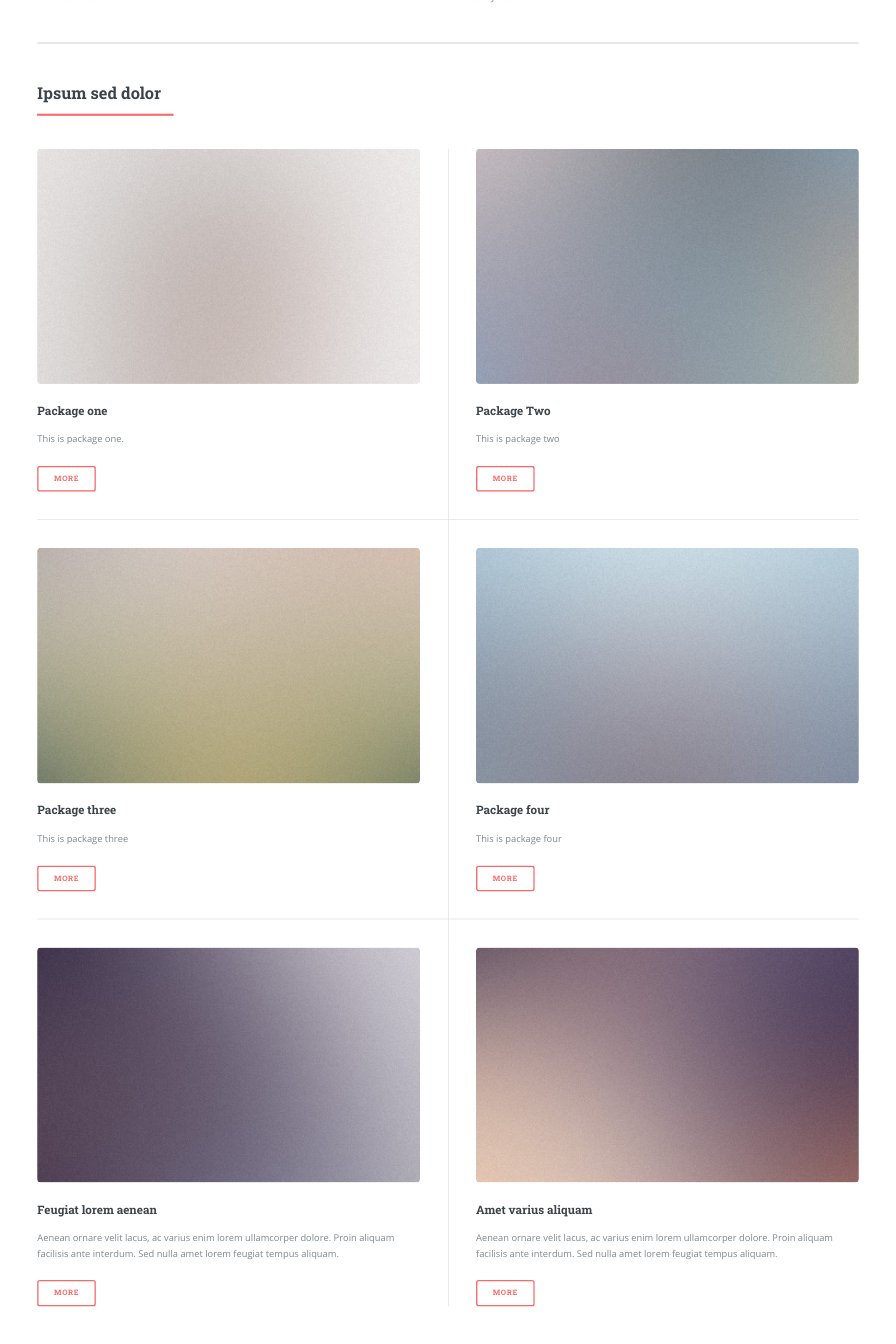
Repository: rachel648/New_Elite
Page: index.html
The author's editor kept a copy of each file at every save. The page is drawn from the files as they stood at one save, then again after the next save.
The browser window is 1280 px wide. The pictures show the part of the page from y = 1849 to 3769 px (the page is 3769 px tall), at 70% of full size.

Above is the page before, as saved 2024-10-14 11:52:42.

### index.html
<!DOCTYPE HTML>
<html>
	<head>
		<title>ELITE SKATES</title>
		<meta charset="utf-8" />
		<meta name="viewport" content="width=device-width, initial-scale=1, user-scalable=no" />
		<link rel="stylesheet" href="assets/css/main.css" />
	</head>
	<body class="is-preload">

		<!-- Wrapper -->
			<div id="wrapper">

				<!-- Main -->
					<div id="main">
						<div class="inner">

							<!-- Header -->
								<header id="header">
									<a href="index.html" class="logo"><strong>ELITE </strong>SKATING CLUB</a>
									<ul class="icons">
										<li><a href="#" class="icon brands fa-twitter"><span class="label">Twitter</span></a></li>
										<li><a href="#" class="icon brands fa-facebook-f"><span class="label">Facebook</span></a></li>
										<li><a href="#" class="icon brands fa-snapchat-ghost"><span class="label">Snapchat</span></a></li>
										<li><a href="#" class="icon brands fa-instagram"><span class="label">Instagram</span></a></li>
										<li><a href="#" class="icon brands fa-medium-m"><span class="label">Medium</span></a></li>
									</ul>
								</header>

							<!-- Banner -->
								<section id="banner">
									<div class="content">
										<header>
											<h1>Welcome, Let's Skate!<br />
											With Mario</h1>
											<p>Join the thrill, boost your skills, and enjoy the ride with our skating community!</p>
										</header>
										<p>Skating is not only a fun way to stay active, but it also improves balance, coordination, and cardiovascular health. Whether you're cruising for fitness or gliding for fun, it's a great way to build strength and reduce stress while enjoying the outdoors."</p>
										<ul class="actions">
											<li><a href="#" class="button big">Learn More</a></li>
										</ul>
									</div>
									<span class="image object">
										<img src="images/skatetwo-removebg-preview.png" alt="" />
									</span>
								</section>

							<!-- Section -->
								<section>
									<header class="major">
										<h2>ACTIVITIES OFFERED:</h2>
									</header>
									<div class="features">
										<article>
											<span class="image object"></span>
											<img src="images/training.jpg" alt="" />
											<div class="content">
												<h3>BOOK YOUR TRAINING HERE!!</h3>
												<p>Let's get better at it</p>
											</div>
										</article>
										<article>
											<span class="image object">
										<img src="images/pinkskates.jpg-removebg-preview.png" alt="" />
											<div class="content">
												<h3>GET YOUR OWN SKATES!</h3>
												<p>At a cheap price</p>
											</div>
										</article>
										<article>
											<span class="image object">
												<img src="images/competition-removebg-preview.png" alt="" />
											<div class="content">
												<h3>BOOK A COMPETITION</h3>
												<p> Don't be left out</p>
										</article>
										<article>
											<span class="image object">
												<img src="images/blueskates-removebg-preview.png" alt="" />
											<div class="content">
												<h3>SPEED TESTING</h3>
												<p>Healthy stuff</p>
											</div>
										</article>
									</div>
								</section>

							<!-- Section -->
								<section>
									<header class="major">
										<h2>Ipsum sed dolor</h2>
									</header>
									<div class="posts">
										<article>
											<a href="#" class="image"><img src="images/pic01.jpg" alt="" /></a>
											<h3>Package one</h3>
											<p>This is package one.</p>
											<ul class="actions">
												<li><a href="#" class="button">More</a></li>
											</ul>
										</article>
										<article>
											<a href="#" class="image"><img src="images/pic02.jpg" alt="" /></a>
											<h3>Package Two</h3>
											<p>This is package two</p>
											<ul class="actions">
												<li><a href="#" class="button">More</a></li>
											</ul>
										</article>
										<article>
											<a href="#" class="image"><img src="images/pic03.jpg" alt="" /></a>
											<h3>Package three</h3>
											<p>This is package three</p>
											<ul class="actions">
												<li><a href="#" class="button">More</a></li>
											</ul>
										</article>
										<article>
											<a href="#" class="image"><img src="images/pic04.jpg" alt="" /></a>
											<h3>Package four</h3>
											<p>This is package four</p>
											<ul class="actions">
												<li><a href="#" class="button">More</a></li>
											</ul>
										</article>
										<article>
											<a href="#" class="image"><img src="images/pic05.jpg" alt="" /></a>
											<h3>Feugiat lorem aenean</h3>
											<p>Aenean ornare velit lacus, ac varius enim lorem ullamcorper dolore. Proin aliquam facilisis ante interdum. Sed nulla amet lorem feugiat tempus aliquam.</p>
											<ul class="actions">
												<li><a href="#" class="button">More</a></li>
											</ul>
										</article>
										<article>
											<a href="#" class="image"><img src="images/pic06.jpg" alt="" /></a>
											<h3>Amet varius aliquam</h3>
											<p>Aenean ornare velit lacus, ac varius enim lorem ullamcorper dolore. Proin aliquam facilisis ante interdum. Sed nulla amet lorem feugiat tempus aliquam.</p>
											<ul class="actions">
												<li><a href="#" class="button">More</a></li>
											</ul>
										</article>
									</div>
								</section>

						</div>
					</div>

				<!-- Sidebar -->
					<div id="sidebar">
						<div class="inner">

							<!-- Search -->
								<section id="search" class="alt">
									<form method="post" action="#">
										<input type="text" name="query" id="query" placeholder="Search" />
									</form>
								</section>

							<!-- Menu -->
								<nav id="menu">
									<header class="major">
										<h2>Menu</h2>
									</header>
									<ul>
										<li><a href="index.html">Homepage</a></li>
										<li><a href="generic.html">Generic</a></li>
										<li><a href="elements.html">Elements</a></li>
										<li>
											<span class="opener">Submenu</span>
											<ul>
												<li><a href="#">Lorem Dolor</a></li>
												<li><a href="#">Ipsum Adipiscing</a></li>
												<li><a href="#">Tempus Magna</a></li>
												<li><a href="#">Feugiat Veroeros</a></li>
											</ul>
										</li>
										<li><a href="#">Etiam Dolore</a></li>
										<li><a href="#">Adipiscing</a></li>
										<li>
											<span class="opener">Another Submenu</span>
											<ul>
												<li><a href="#">Lorem Dolor</a></li>
												<li><a href="#">Ipsum Adipiscing</a></li>
												<li><a href="#">Tempus Magna</a></li>
												<li><a href="#">Feugiat Veroeros</a></li>
											</ul>
										</li>
										<li><a href="#">Maximus Erat</a></li>
										<li><a href="#">Sapien Mauris</a></li>
										<li><a href="#">Amet Lacinia</a></li>
									</ul>
								</nav>

							<!-- Section -->
								<section>
									<header class="major">
										<h2>Ante interdum</h2>
									</header>
									<div class="mini-posts">
										<article>
											<a href="#" class="image"><img src="images/pic07.jpg" alt="" /></a>
											<p>Aenean ornare velit lacus, ac varius enim lorem ullamcorper dolore aliquam.</p>
										</article>
										<article>
											<a href="#" class="image"><img src="images/pic08.jpg" alt="" /></a>
											<p>Aenean ornare velit lacus, ac varius enim lorem ullamcorper dolore aliquam.</p>
										</article>
										<article>
											<a href="#" class="image"><img src="images/pic09.jpg" alt="" /></a>
											<p>Aenean ornare velit lacus, ac varius enim lorem ullamcorper dolore aliquam.</p>
										</article>
									</div>
									<ul class="actions">
										<li><a href="#" class="button">More</a></li>
									</ul>
								</section>

							<!-- Section -->
								<section>
									<header class="major">
										<h2>Get in touch</h2>
									</header>
									<p>Sed varius enim lorem ullamcorper dolore aliquam aenean ornare velit lacus, ac varius enim lorem ullamcorper dolore. Proin sed aliquam facilisis ante interdum. Sed nulla amet lorem feugiat tempus aliquam.</p>
									<ul class="contact">
										<li class="icon solid fa-envelope"><a href="#">information@untitled.tld</a></li>
										<li class="icon solid fa-phone">(000) 000-0000</li>
										<li class="icon solid fa-home">1234 Somewhere Road #8254<br />
										Nashville, TN 00000-0000</li>
									</ul>
								</section>

							<!-- Footer -->
								<footer id="footer">
									<p class="copyright">&copy; Untitled. All rights reserved. Demo Images: <a href="https://unsplash.com">Unsplash</a>. Design: <a href="https://html5up.net">HTML5 UP</a>.</p>
								</footer>

						</div>
					</div>

			</div>

		<!-- Scripts -->
			<script src="assets/js/jquery.min.js"></script>
			<script src="assets/js/browser.min.js"></script>
			<script src="assets/js/breakpoints.min.js"></script>
			<script src="assets/js/util.js"></script>
			<script src="assets/js/main.js"></script>

	</body>
</html>

Loaded but not shown: assets/css/fontawesome-all.min.css (library); assets/js/jquery.min.js (library); assets/js/browser.min.js (common file); assets/js/breakpoints.min.js (common file); assets/js/util.js (587 lines, source omitted); assets/js/main.js (262 lines, source omitted); assets/css/main.css (2284 lines, source omitted)

After the next save:
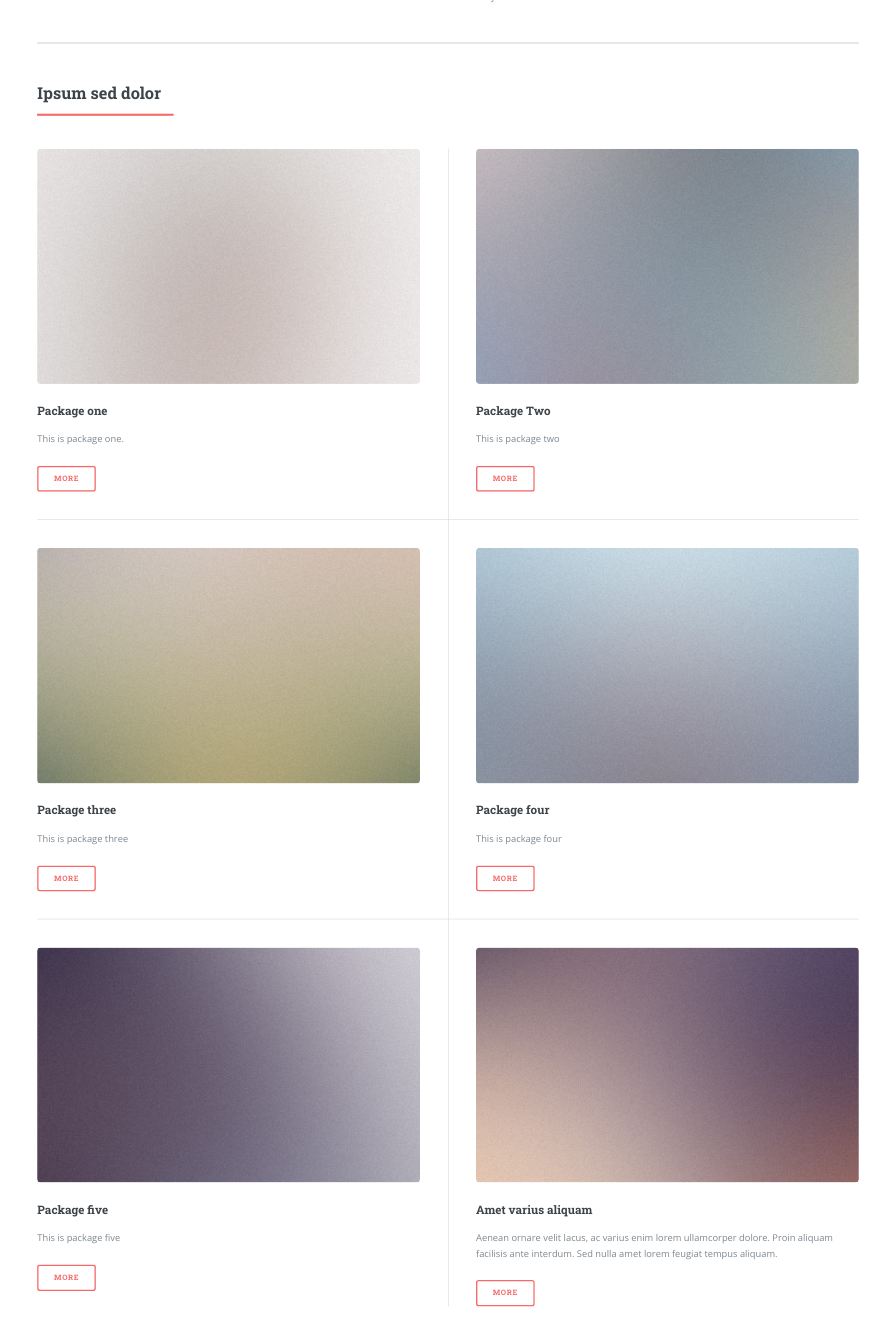
Saved 24 s later.
--- a/index.html
+++ b/index.html
@@ -125,8 +125,8 @@
 										</article>
 										<article>
 											<a href="#" class="image"><img src="images/pic05.jpg" alt="" /></a>
-											<h3>Feugiat lorem aenean</h3>
-											<p>Aenean ornare velit lacus, ac varius enim lorem ullamcorper dolore. Proin aliquam facilisis ante interdum. Sed nulla amet lorem feugiat tempus aliquam.</p>
+											<h3>Package five</h3>
+											<p>This is package five</p>
 											<ul class="actions">
 												<li><a href="#" class="button">More</a></li>
 											</ul>
